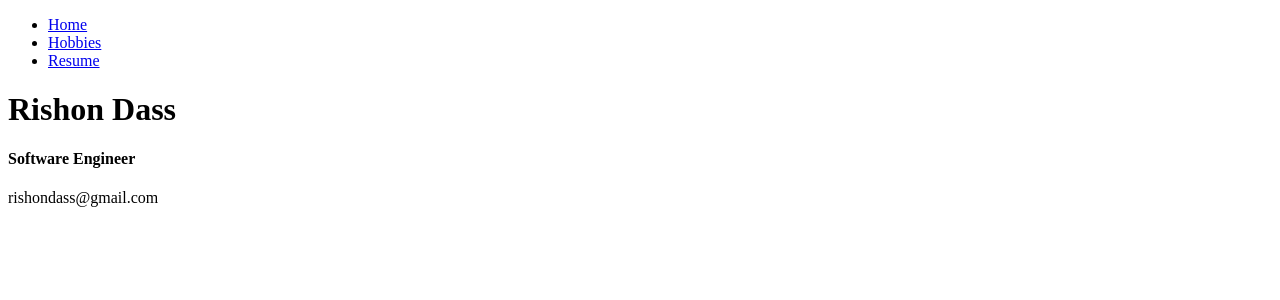
Repository: rishondass/ITMD361-Project1
Page: resume.html
These files come from the project's save history. The page is drawn as it stood at one moment and after the next save; the edit follows.
The browser window is 1280 px wide. The pictures show the whole page.

Above is the page before, as saved 2023-02-22 15:18:59.

### resume.html
<!DOCTYPE html>
<html lang="en">
<head>
    <meta charset="UTF-8">
    <meta name="viewport" content="width=device-width, initial-scale=1.0">
    <title>Resume</title>
</head>
<body>
    <nav>
        <ul>
            <li>
                <a href="index.html">Home</a>
            </li>
            <li>
                <a href="hobbies.html">Hobbies</a>
            </li>
            <li>
                <a href="resume.html">Resume</a>
            </li>
        </ul>
    </nav>
    <div>
        <h1>Rishon Dass</h1>
        <h4>Software Engineer</h4>
        <p>rishondass@gmail.com</p>
    </div>
    <div>

    </div>
</body>
</html>

After the next save:
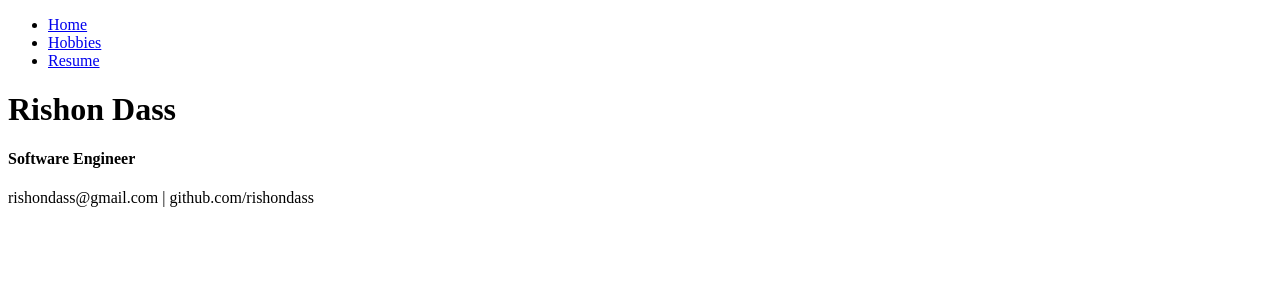
Saved 8 s later.
--- a/resume.html
+++ b/resume.html
@@ -22,7 +22,7 @@
     <div>
         <h1>Rishon Dass</h1>
         <h4>Software Engineer</h4>
-        <p>rishondass@gmail.com</p>
+        <p>rishondass@gmail.com | github.com/rishondass</p>
     </div>
     <div>
 
